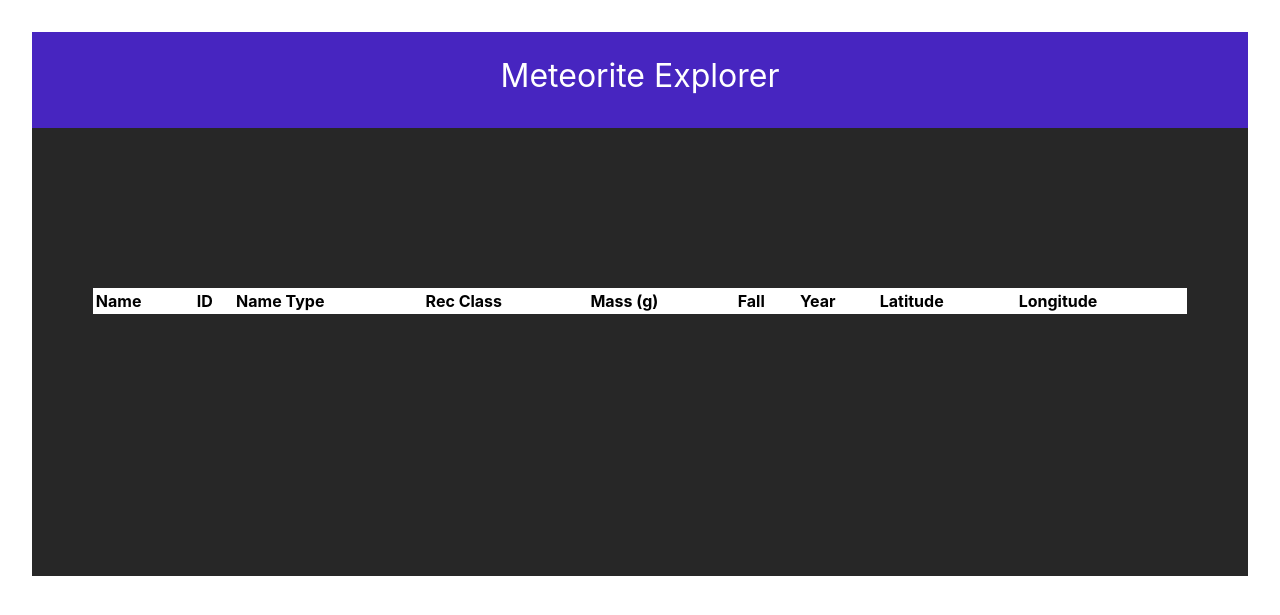
Repository: Tsardines/meteorite-explorer
Page: / (app in meteorite-explorer/)
An editor plug-in stored every save of this project. The page is shown before and after the next save, followed by the edit.
The browser window is 1280 px wide. The pictures show the whole page.
The page's requests for data from a server got no answer. The project was rebuilt for these pictures with package versions that can differ from the ones it lists, and the page was loaded fresh each time. No one was signed in, and anything a server would have sent is missing.

Above is the page before, as saved 2019-05-27 16:57:39.

### meteorite-explorer/src/App.js
import React, { Component } from 'react';
import './App.css';

// import { BootstrapTable, TableHeaderColumn } from 'react-bootstrap-table';
// import 'react-bootstrap-table-next/dist/react-bootstrap-table2.min.css';

// import Table from 'react-bootstrap/Table';

class App extends Component {
  constructor(props) {
    super(props);

  this.state = {
    items: []
  };
  this.componentWillMount = this.componentWillMount.bind(this);
}

componentWillMount() {
  fetch('https://data.nasa.gov/resource/gh4g-9sfh.json')
  .then(res => res.json())
  .then(data => {
    this.setState({ items: data });
  });
}


  render() {

    const { items } = this.state;

    return (


      <div className="wrapper">
        <div className="header">Meteorite Explorer</div>
        <table className="my-table">
          <thead>
            <th>Name</th>
            <th>ID</th>
            <th>Name Type</th>
            <th>Rec Class</th>
            <th>Mass (g)</th>
            <th>Fall</th>
            <th>Year</th>
            <th>Latitude</th>
            <th>Longitude</th>
          </thead>

          <tbody>
          { items.map((item, num) => {
            return (
              <tr>
                <td><p key={num}>{item.name}</p></td>
                <td><p key={num}>{item.id}</p></td>
                <td><p key={num}>{item.nametype}</p></td>
                <td><p key={num}>{item.recclass}</p></td>
                <td><p key={num}>{item.mass}</p></td>
                <td><p key={num}>{item.fall}</p></td>
                <td><p key={num}>{item.year}</p></td>
                <td><p key={num}>{item.reclat}</p></td>
                <td><p key={num}>{item.reclong}</p></td>
              </tr>
            )
          })}
          </tbody>
        </table>
      </div>
    )
  } // render

}

export default App;

### meteorite-explorer/src/App.css
body {
  margin: 2rem;
  height: 38rem;
}

.header {
  background-color: rgb(71, 37, 192);
  color: white;
  font-size: 2rem;
  height: 3rem;
  padding: 1.5rem 0;
  text-align: center;
}

.wrapper {
  background-color: rgb(39, 39, 39);
  height: 34rem;
  overflow-y: scroll;
}

.my-table {
  background-color: white;
  margin: 10rem auto;
  width: 90%;
}

tr:nth-child(odd):hover {
  background-color: rgb(143, 143, 143);
}

thead > th {
  text-align: left;
}

Loaded but not shown: meteorite-explorer/public/index.html (common file); meteorite-explorer/src/index.js (common file); meteorite-explorer/src/index.css (common file); meteorite-explorer/src/serviceWorker.js (common file)

After the next save:
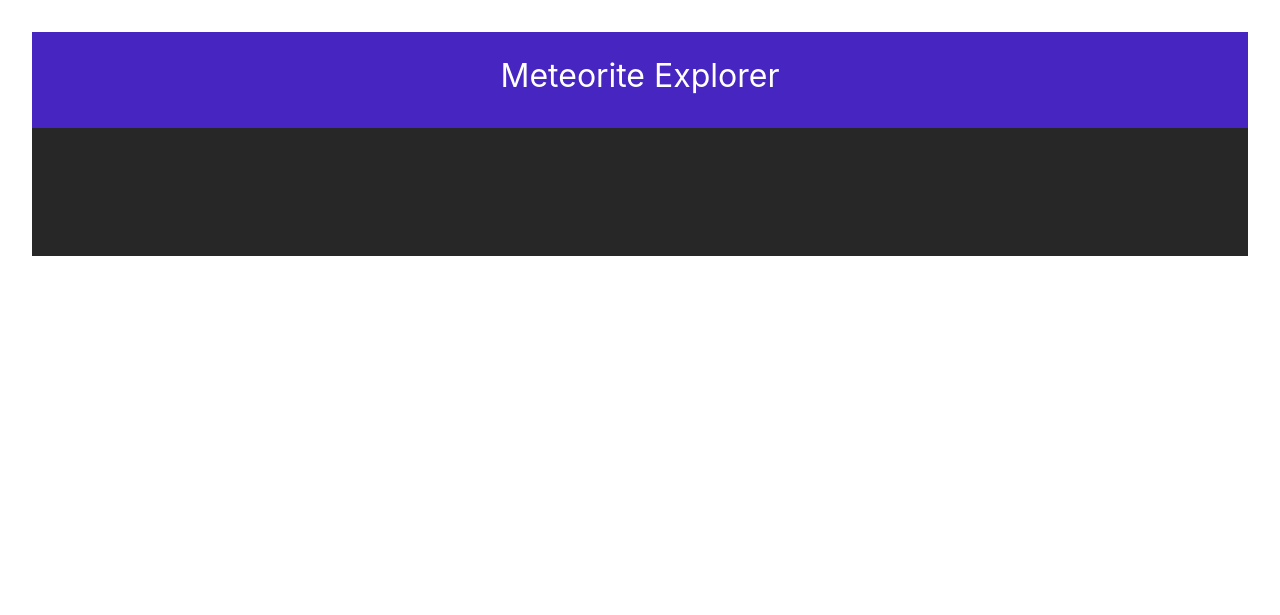
Saved 9 s later.
--- a/meteorite-explorer/src/App.css
+++ b/meteorite-explorer/src/App.css
@@ -14,7 +14,7 @@
 
 .wrapper {
   background-color: rgb(39, 39, 39);
-  height: 34rem;
+  height: 14rem;
   overflow-y: scroll;
 }
 

After the save that followed:
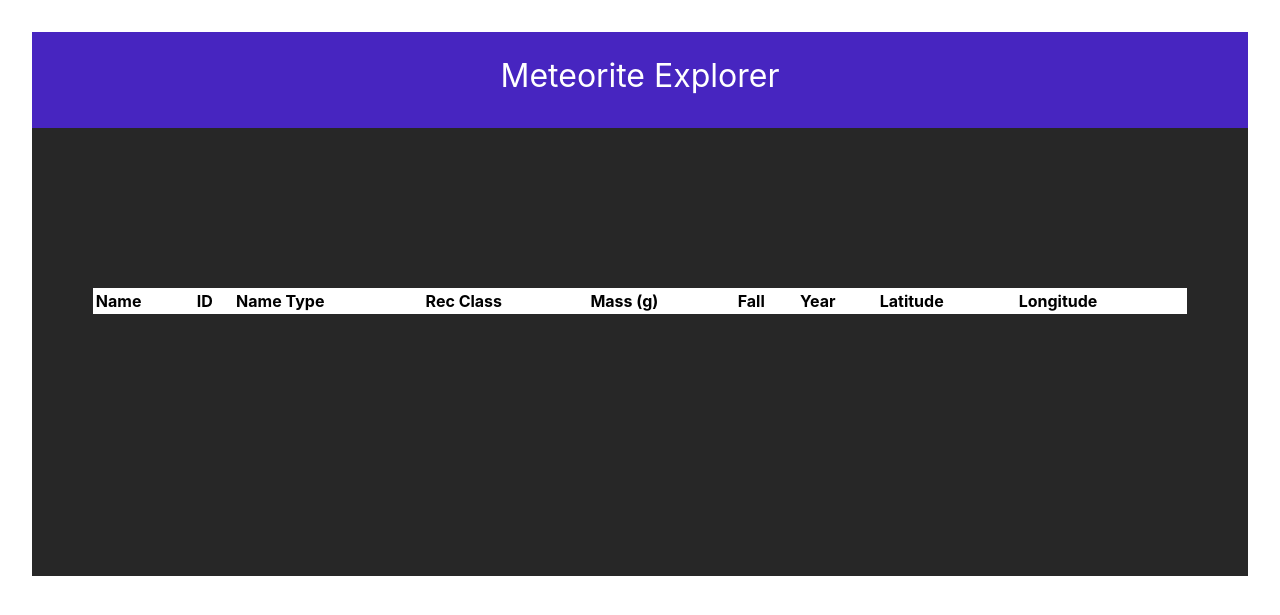
Saved 8 s later.
--- a/meteorite-explorer/src/App.css
+++ b/meteorite-explorer/src/App.css
@@ -1,6 +1,5 @@
 body {
   margin: 2rem;
-  height: 38rem;
 }
 
 .header {
@@ -14,7 +13,7 @@
 
 .wrapper {
   background-color: rgb(39, 39, 39);
-  height: 14rem;
+  height: 34rem;
   overflow-y: scroll;
 }
 
